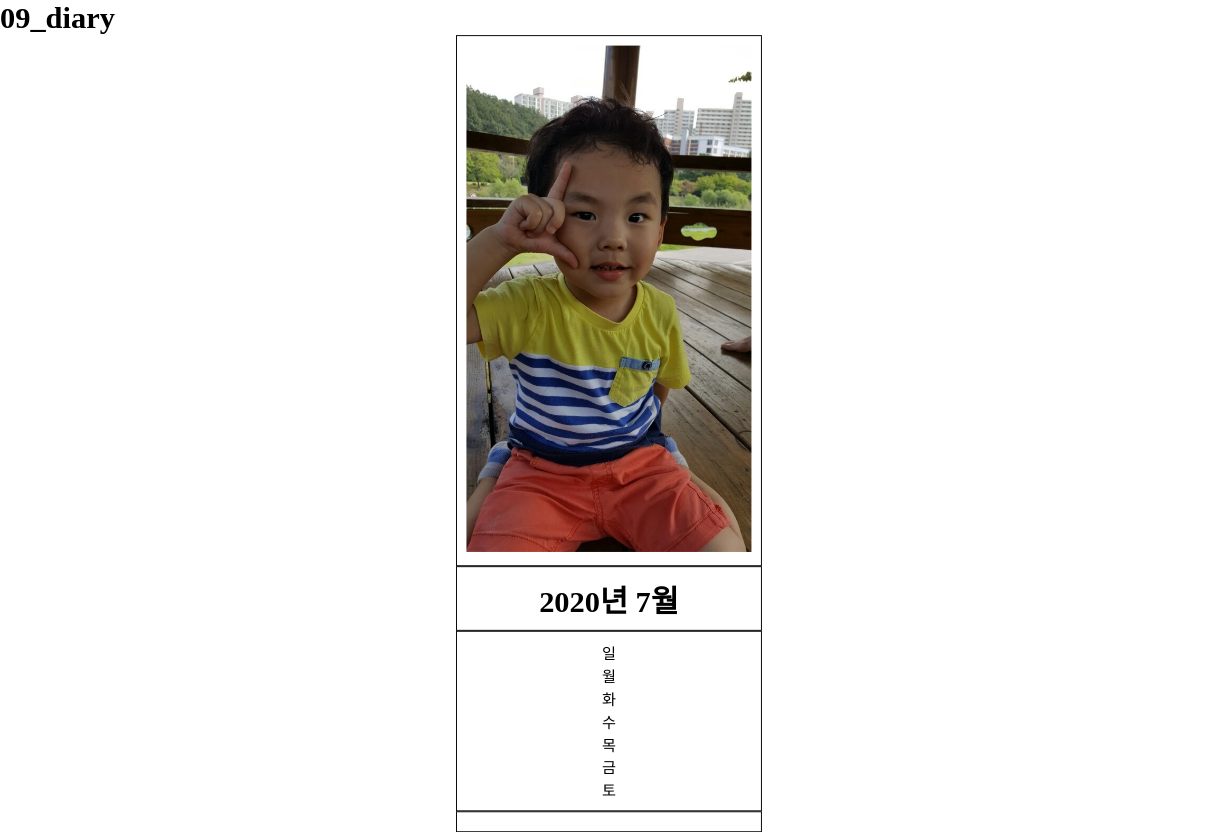
Repository: psun2/Korea-IT-Academy
Page: (back up) _ 오전/study_a/web_work/scriptProj/WebContent/first/09_diary.html
An editor plug-in stored every save of this project. The page is shown before and after the next save, followed by the edit.
The browser window is 1280 px wide. The pictures show the whole page, at 95% of full size.

Above is the page before, as saved 2020-07-31 01:36:05.

After the next save:
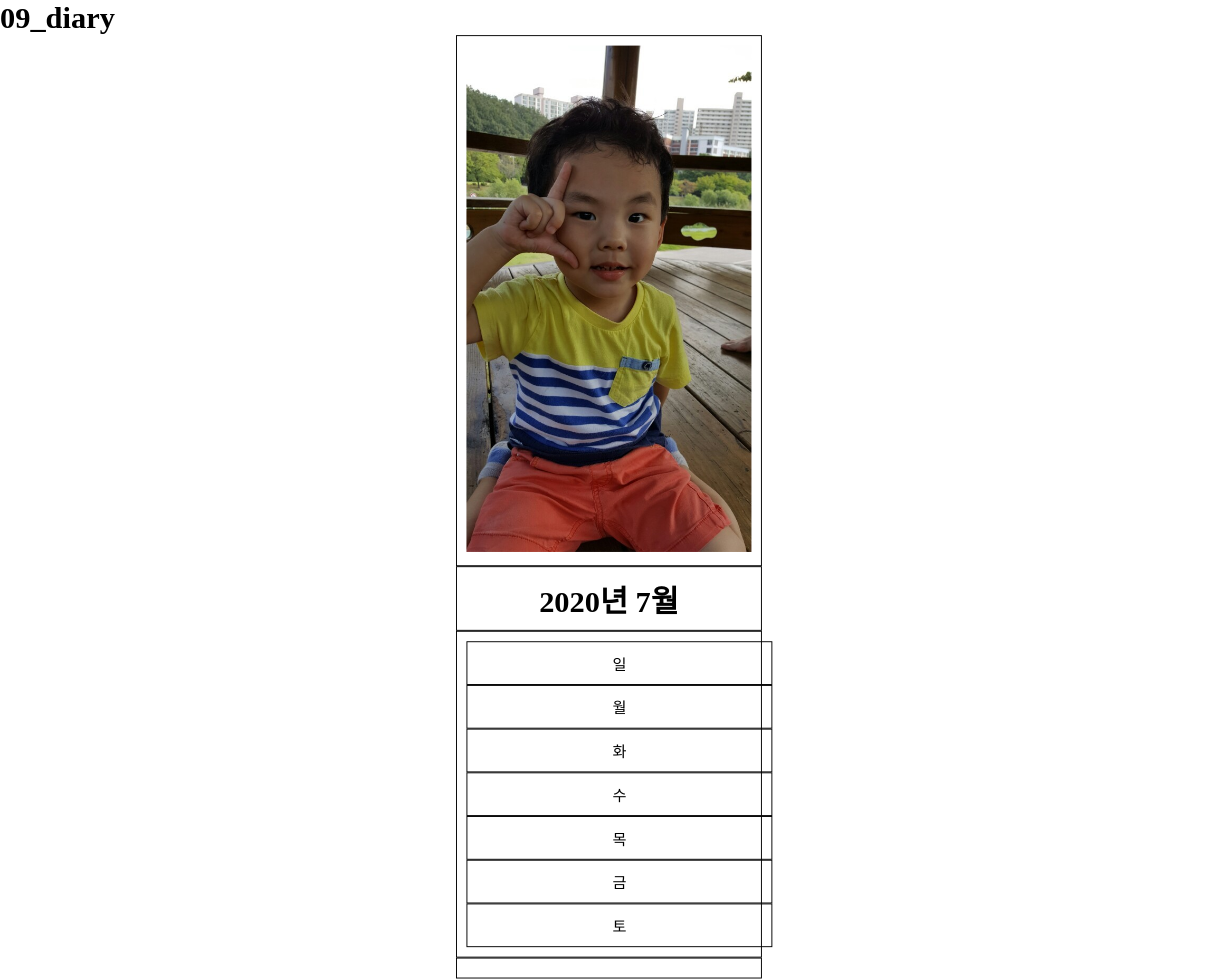
Saved 35 s later.
--- a/(back up) _ 오전/study_a/web_work/scriptProj/WebContent/first/09_diary.html
+++ b/(back up) _ 오전/study_a/web_work/scriptProj/WebContent/first/09_diary.html
@@ -22,6 +22,12 @@
 	img {
 		width : 300px;
 	}
+	.wrapper > div > div{
+		width : 300px;
+		border: 1px solid #000;
+		padding: 10px;
+		text-align: center;
+	}
 
 </style>
 </head>
